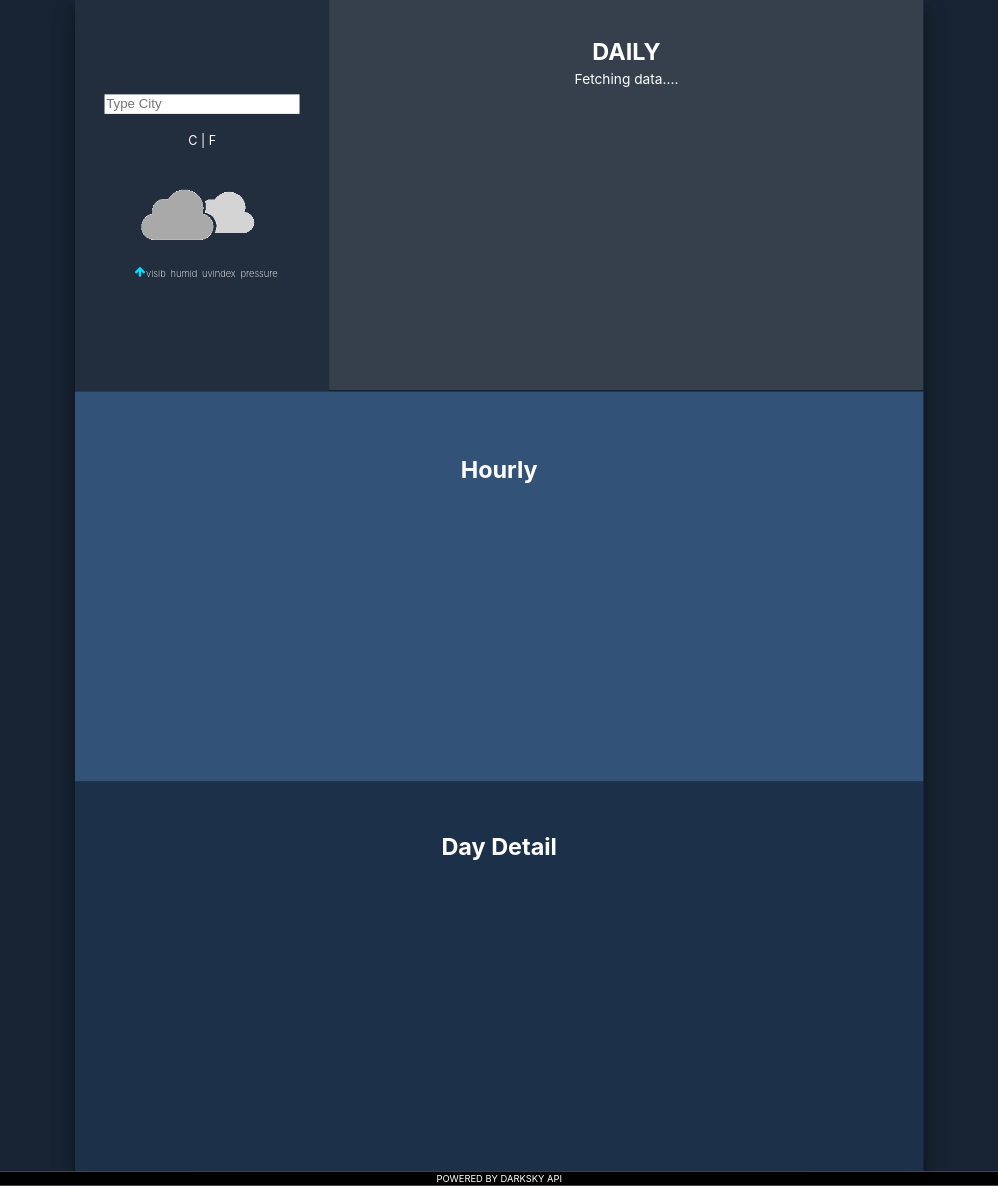
Repository: DOODpls/assignment3_weather
Page: index.html
The author's editor kept a copy of each file at every save. The page is drawn from the files as they stood at one save, then again after the next save.
The browser window is 1280 px wide. The pictures show the whole page, at 78% of full size.
Some web fonts or font styles are not loaded; a fallback is used. Some web libraries are served in a nearby version.

Above is the page before, as saved 2020-01-07 20:36:16.

After the next save:
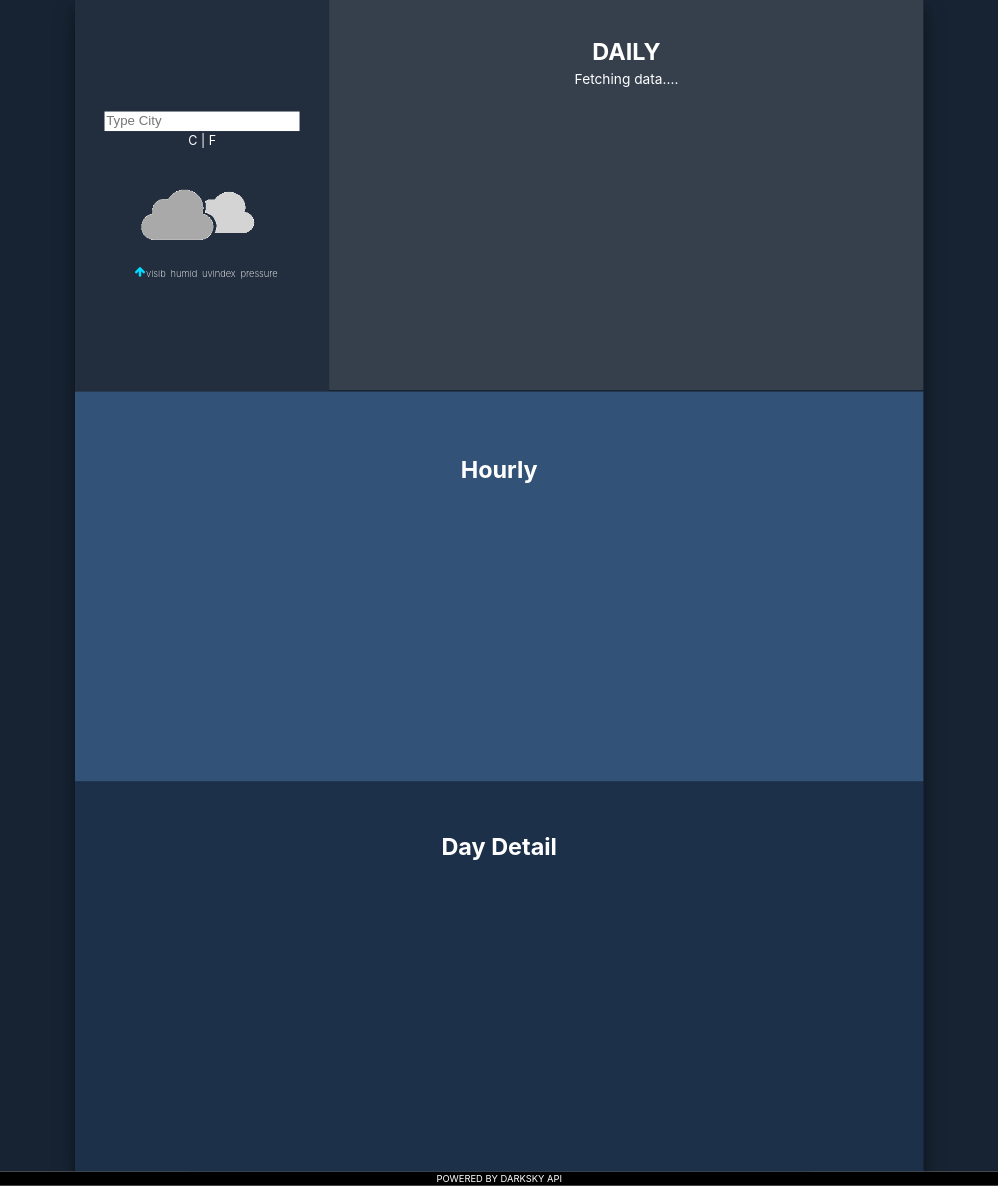
Saved 9 s later.
--- a/styles.css
+++ b/styles.css
@@ -144,7 +144,6 @@
   color: #555;
   border: none;
   box-sizing: border-box;
-  position: relative;
   top: -22px;
 }
 .sub-info{

After the save that followed:
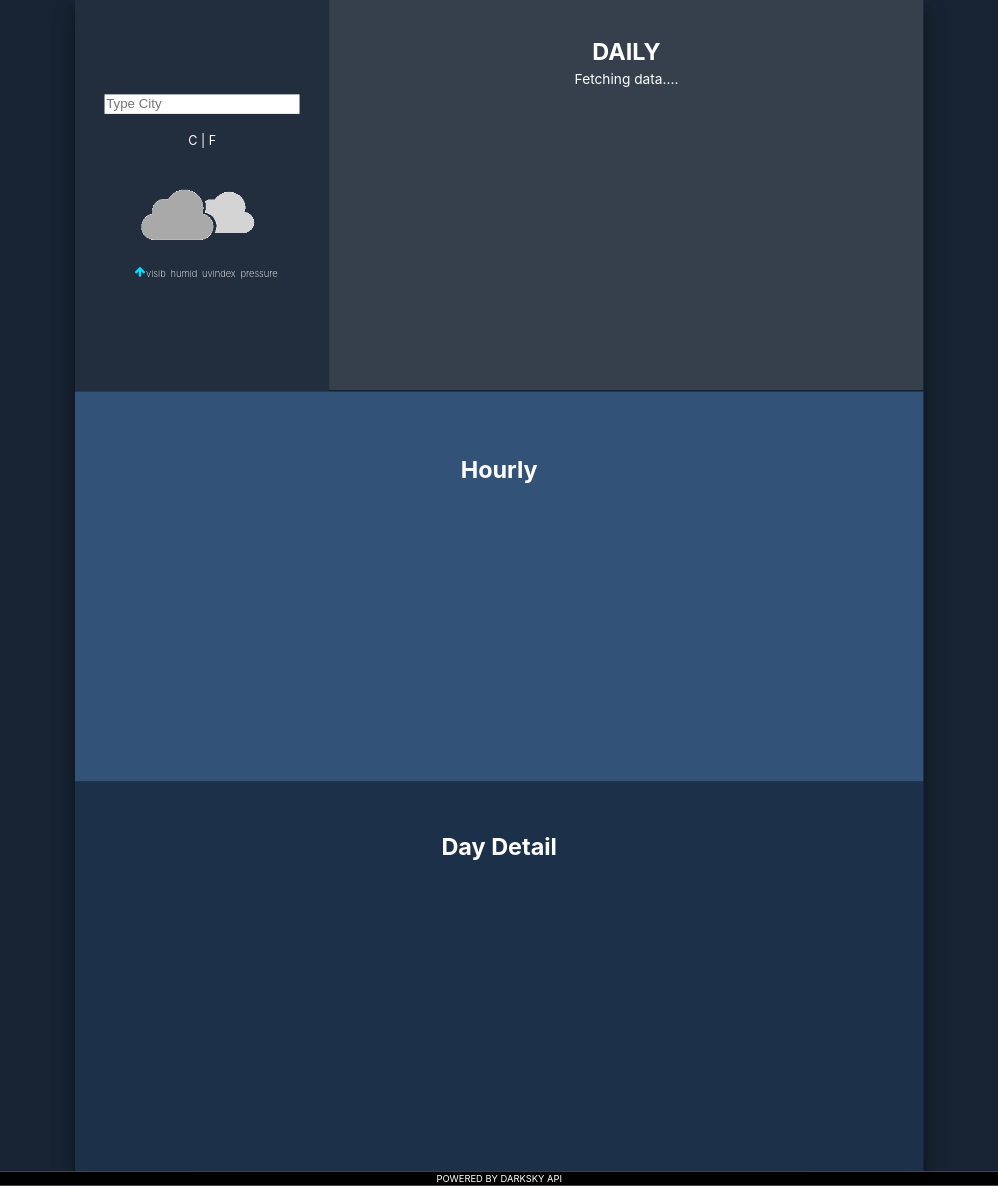
Saved 14 s later.
--- a/styles.css
+++ b/styles.css
@@ -144,6 +144,7 @@
   color: #555;
   border: none;
   box-sizing: border-box;
+  position: relative;
   top: -22px;
 }
 .sub-info{
